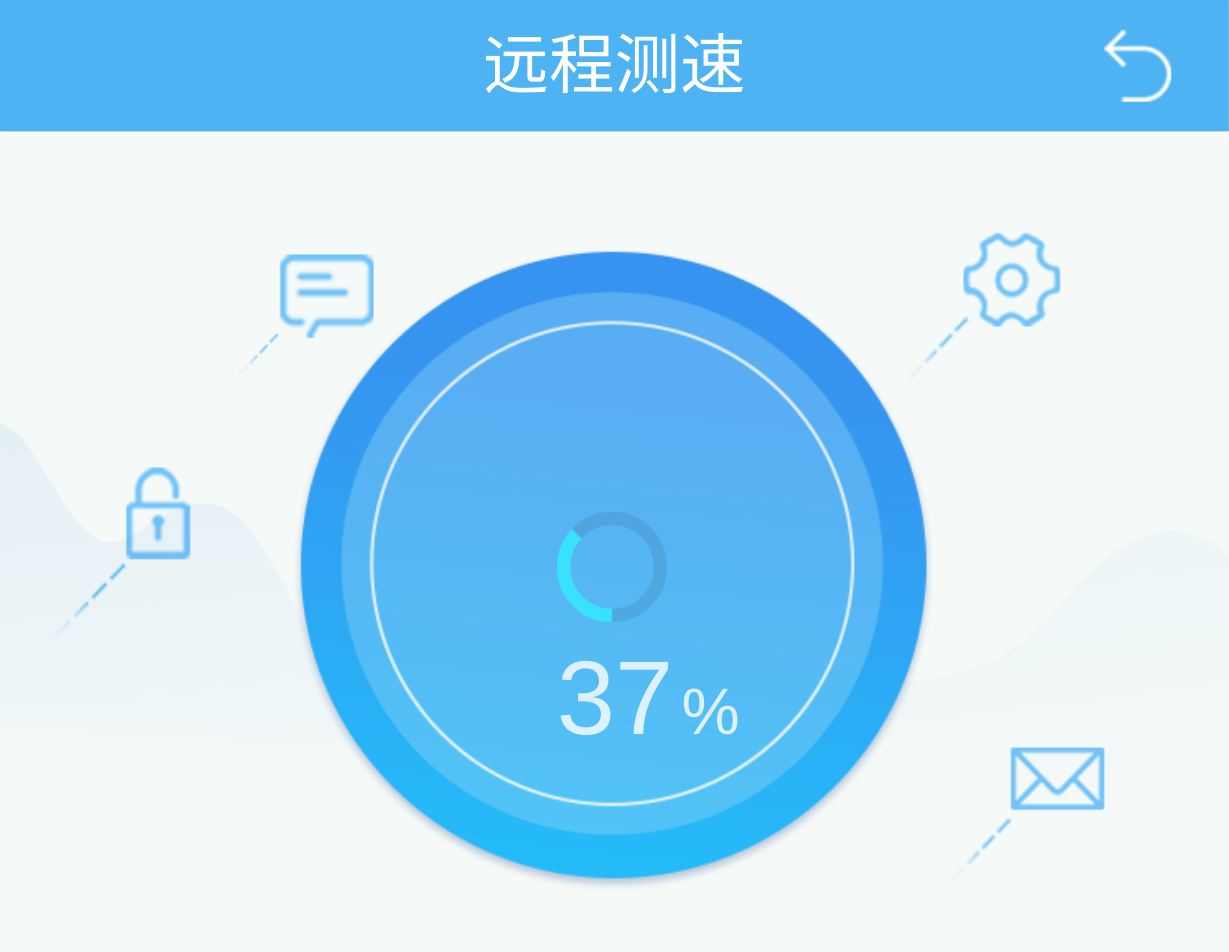
Repository: wangbiaozy/8.24
Page: index_test1.html
The author's editor kept a copy of each file at every save. The page is drawn from the files as they stood at one save, then again after the next save.
The browser window is 1280 px wide. The pictures show the whole page, at 96% of full size.

Above is the page before, as saved 2018-08-23 18:23:21.

After the next save:
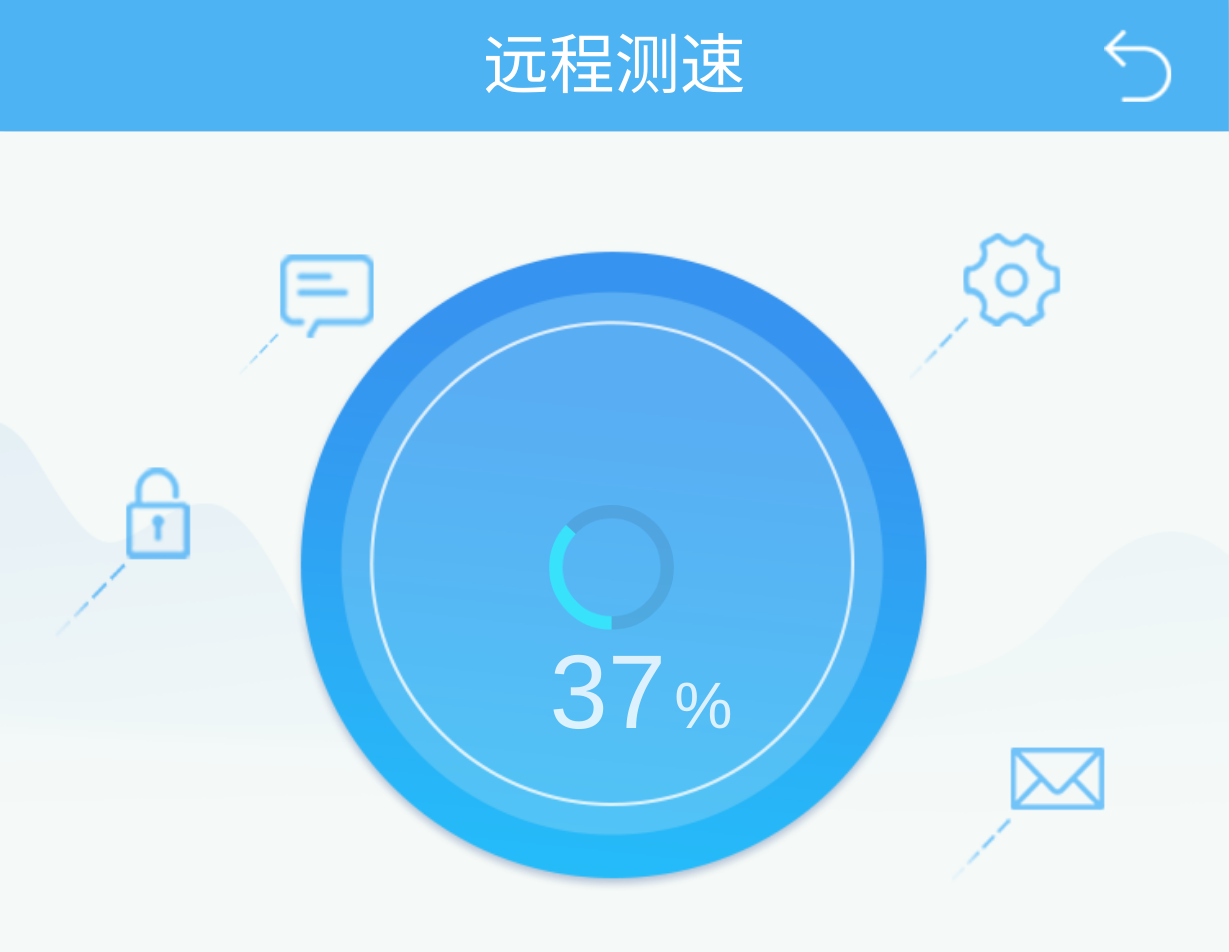
Saved 13 s later.
--- a/js/index.js
+++ b/js/index.js
@@ -43,7 +43,7 @@ $(function () {
     //远程测速
     $('.progress_1').circleProgress({
         value: 1,
-        size: 115,
+        size: 130,
         startAngle: Math.PI/2,
         thickness: 14,
         animation: {duration:12000},//进度条完成时间（ms）
